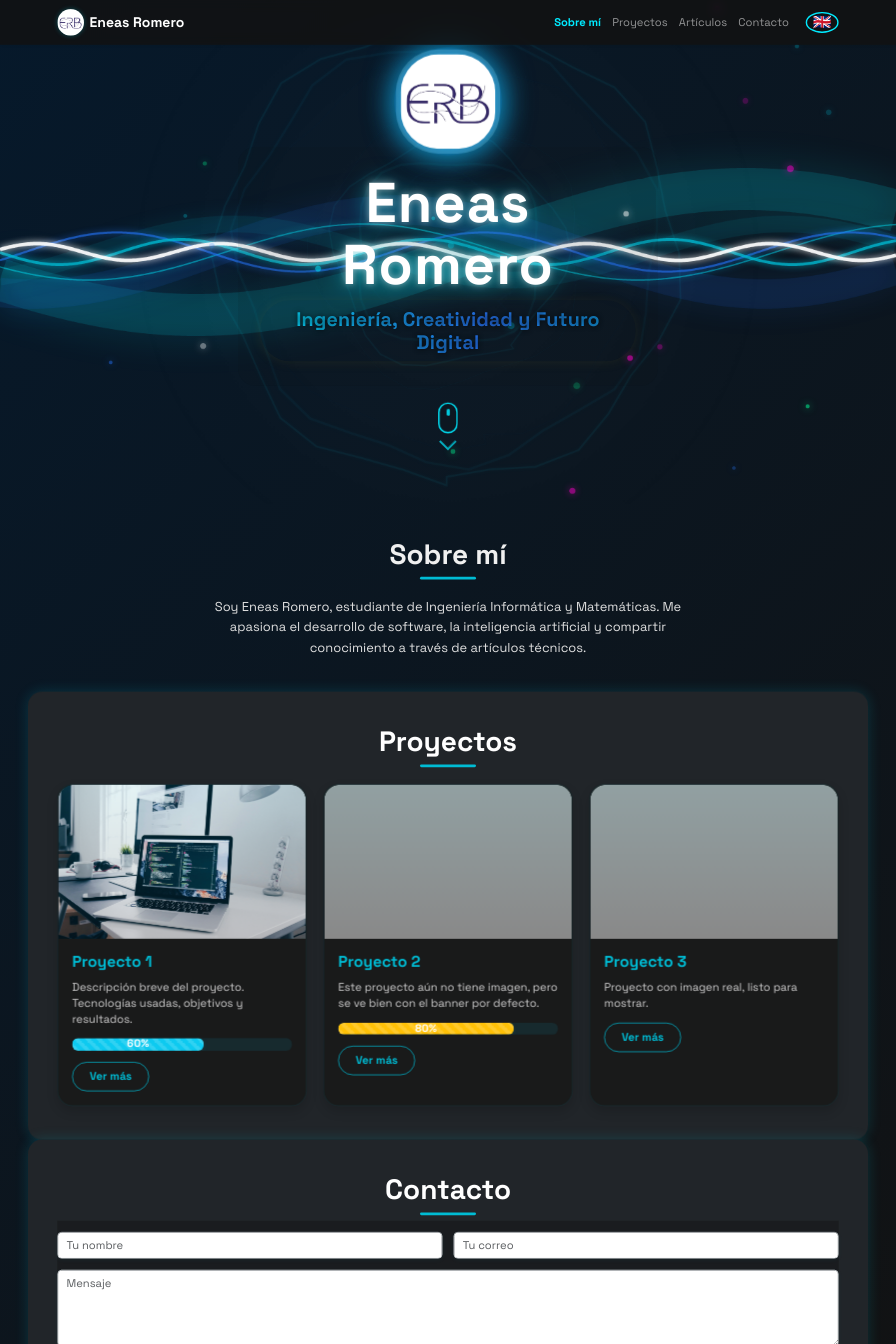
Repository: enerombar/enerombar.github.io
Page: index.html
These files come from the project's save history. The page is drawn as it stood at one moment and after the next save; the edit follows.
The browser window is 1280 px wide. The pictures show the part of the page from y = 0 to 1920 px (the page is 2161 px tall before and 2689 px after), at 70% of full size.
Pictures or frames that could not be fetched are drawn as grey boxes. Some web libraries are served in a nearby version.

Above is the page before, as saved 2025-06-27 01:06:36.
Console error: SyntaxError: Identifier 'translations' has already been declared

After the next save:
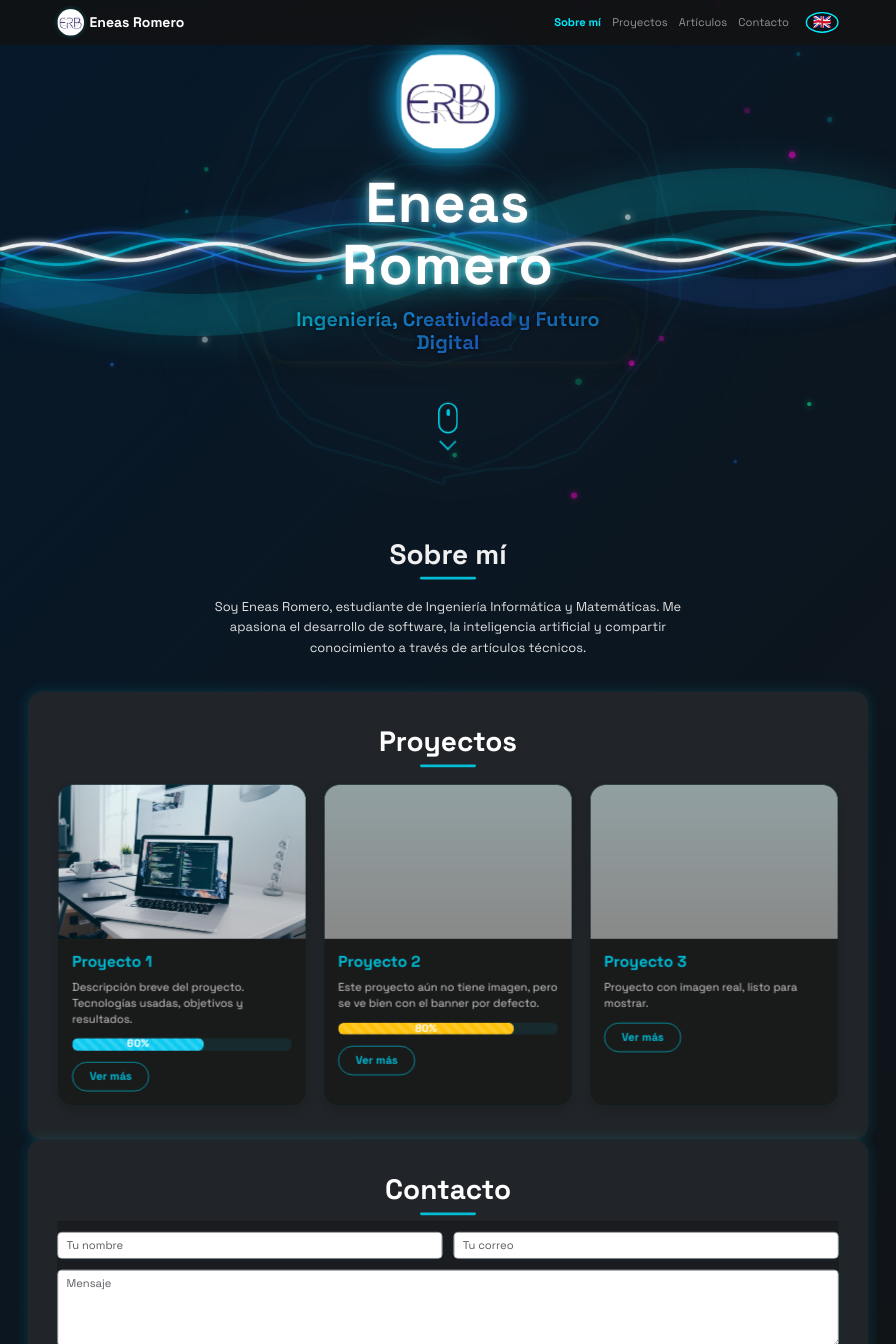
Console error: ReferenceError: switchLanguage is not defined
Saved 67 s later.
--- a/index.html
+++ b/index.html
@@ -240,9 +240,9 @@
         window.scrollTo(0, 0);
       }
     });
-
-    // Cambiar idioma con las banderas
-    const translations = {
+  </script>
+</body>
+</html>
       en: {
         navAbout: "About me",
         navProjects: "Projects",
